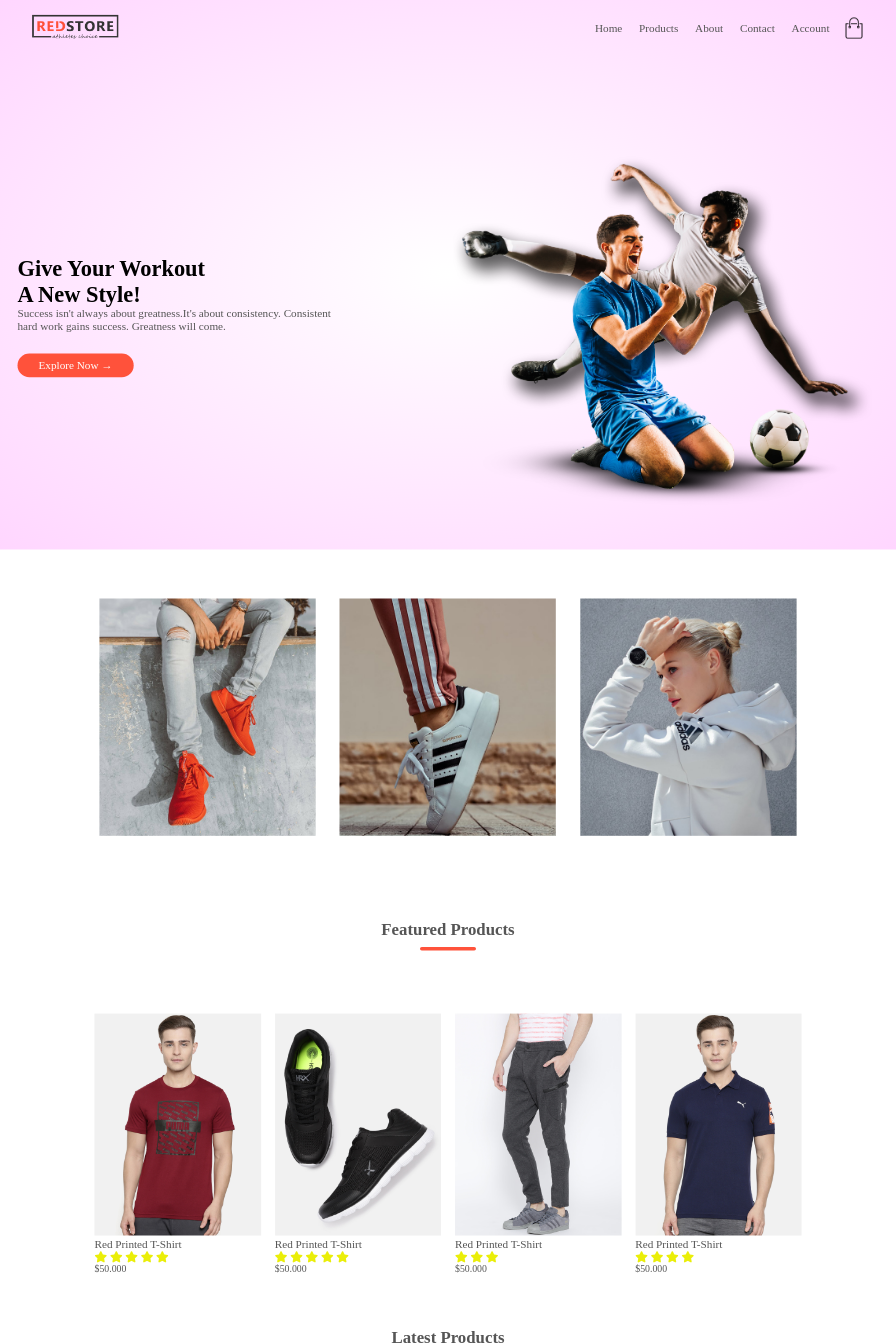
Repository: tuan21052000/Frontend
Page: index.html
An editor plug-in stored every save of this project. The page is shown before and after the next save, followed by the edit.
The browser window is 1280 px wide. The pictures show the part of the page from y = 0 to 1920 px (the page is 4529 px tall), at 70% of full size.

Above is the page before, as saved 2022-05-14 20:24:32.

After the next save:
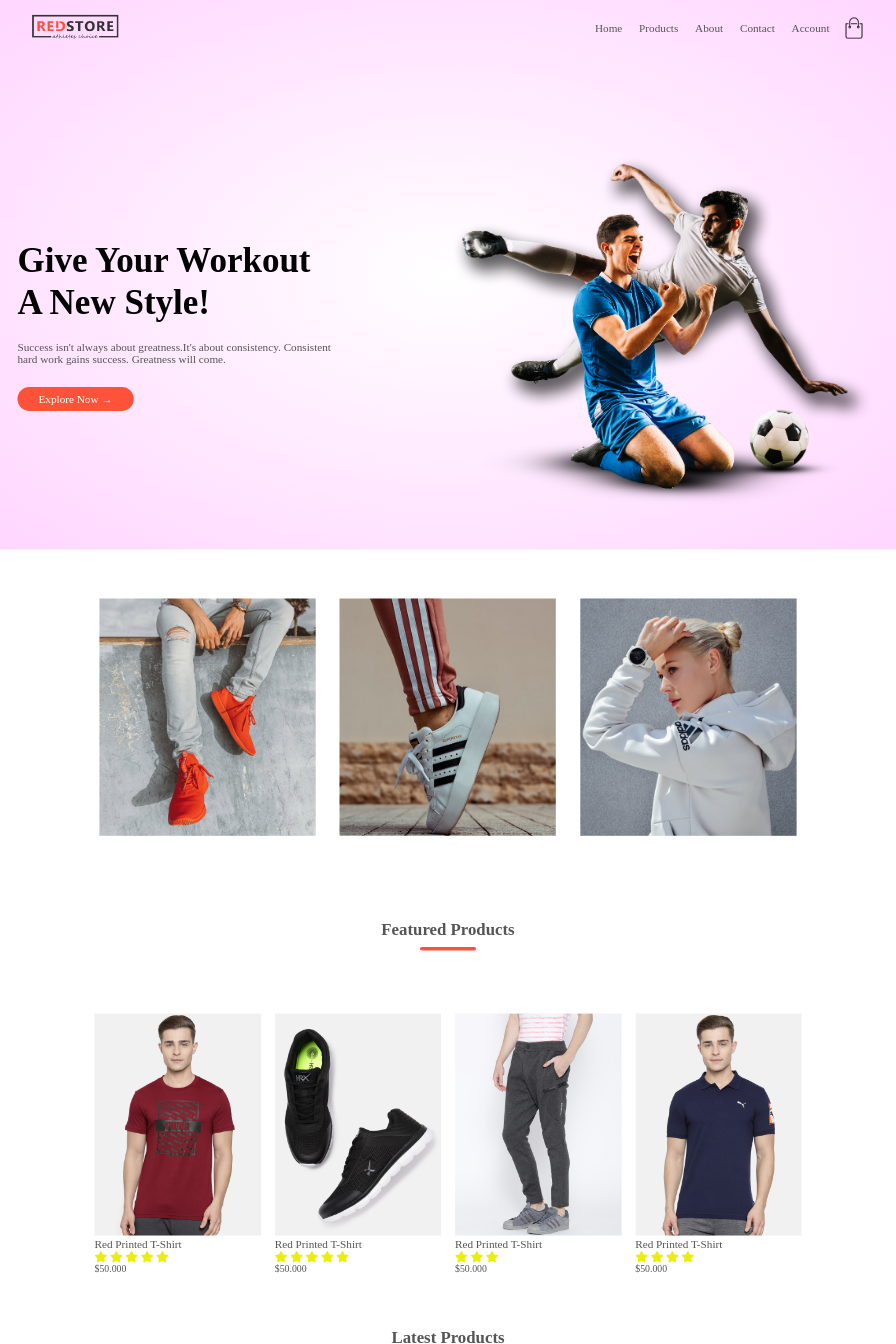
Saved 21 min 47 s later.
--- a/style.css
+++ b/style.css
@@ -46,6 +46,11 @@
 .col-2 img {
     max-width: 100%;
     padding: 50px 0;
+}
+.col-2 h1{
+    font-size: 50px;
+    line-height: 60px;
+    margin: 25px 0;
 }
 .btn {
     display: inline-block;
